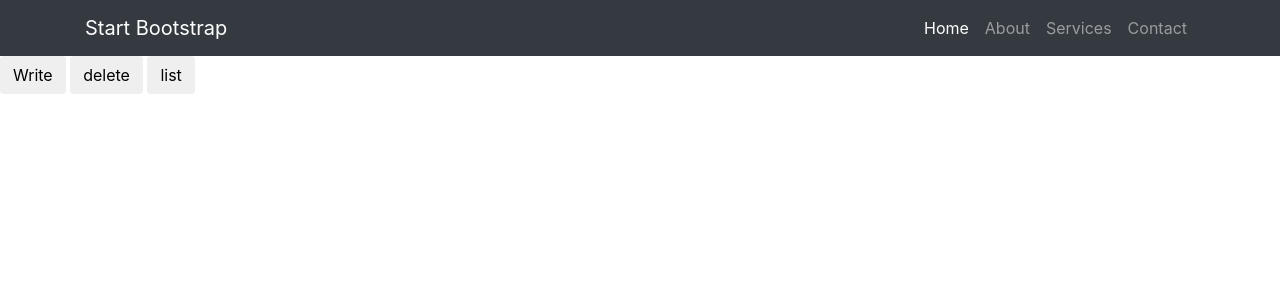
Repository: lukawitch/DB_Homework
Page: http://localhost/DB_Gallary/
The author's editor kept a copy of each file at every save. The page is drawn from the files as they stood at one save, then again after the next save.
The browser window is 1280 px wide. The pictures show the whole page.
The page is served by Tomcat 9.

Above is the page before, as saved 2018-06-10 07:28:05.

After the next save:
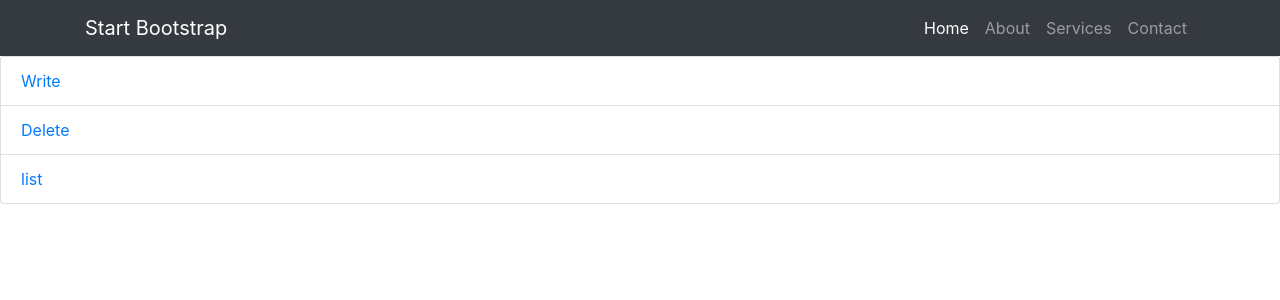
Saved 3 min 5 s later.
--- a/DB_Gallary/WebContent/index.jsp
+++ b/DB_Gallary/WebContent/index.jsp
@@ -13,9 +13,11 @@
 
  <%@include file="nav.jsp"%>
 
-<a href="CwriteForm.jsp"><button type="button" class="btn btn-default">Write</button></a>
-<a href="CdeleteForm.jsp"><button type="button" class="btn btn-default">delete</button></a>
-<a href="Clist.jsp"><button type="button" class="btn btn-default">list</button></a>
+<div class="list-group">
+            <a href="CwriteForm.jsp" class="list-group-item">Write</a>
+            <a href="CdeleteForm.jsp" class="list-group-item">Delete</a>
+            <a href="Clist.jsp" class="list-group-item">list</a>
+          </div>
   <%@include file="footer.jsp"%>
   </body>
 </html>
